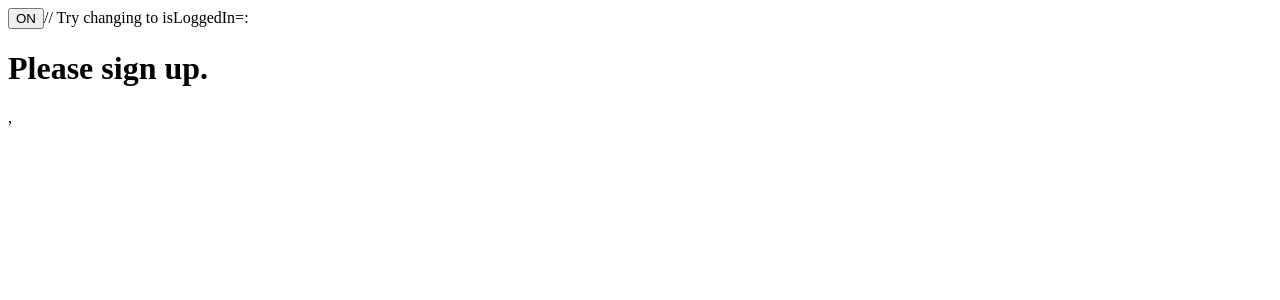
Repository: WanYouwen/react_study_code
Page: day01/01-基础/test.html
The author's editor kept a copy of each file at every save. The page is drawn from the files as they stood at one save, then again after the next save.
The browser window is 1280 px wide. The pictures show the whole page.

Above is the page before, as saved 2020-08-11 17:23:15.

### day01/01-基础/test.html
<!DOCTYPE html>
<html lang="en">
  <head>
    <meta charset="UTF-8" />
    <meta name="viewport" content="width=device-width, initial-scale=1.0" />
    <title>Document</title>
  </head>
  <body>
    <div id="app"></div>
  </body>
  <script src="../../base/react.min.js"></script>
  <script src="../../base/react-dom.min.js"></script>
  <script src="../../base//browser.min.js"></script>

  <script type="text/babel">
    class Toggle extends React.Component {
      constructor(props) {
        super(props);
        this.state = { isToggleOn: true };

        // 为了在回调中使用 `this`，这个绑定是必不可少的
        // this.handleClick = this.handleClick.bind(this);
      }

      handleClick() {
        this.setState((state) => ({
          isToggleOn: !state.isToggleOn,
        }));
      }

      render() {
        return (
          <div>
            <button onClick={() => this.handleClick()}>
              {/**
            箭头函数 或者 bind()
            */}
              {this.state.isToggleOn ? 'ON' : 'OFF'}
            </button>
            // Try changing to isLoggedIn={true}:
            <Greeting isLoggedIn={false} />,
          </div>
        );
      }
    }
    function UserGreeting(props) {
      return <h1>Welcome back!</h1>;
    }

    function GuestGreeting(props) {
      return <h1>Please sign up.</h1>;
    }

    function Greeting(props) {
      const isLoggedIn = props.isLoggedIn;
      if (isLoggedIn) {
        return <UserGreeting />;
      }
      return <GuestGreeting />;
    }
    console.log(ReactDOM, 'ReactDOM');
    ReactDOM.render(<Toggle />, app);
  </script>
</html>

Loaded but not shown: base/react.min.js (library); base/react-dom.min.js (library); base/browser.min.js (library)

After the next save:
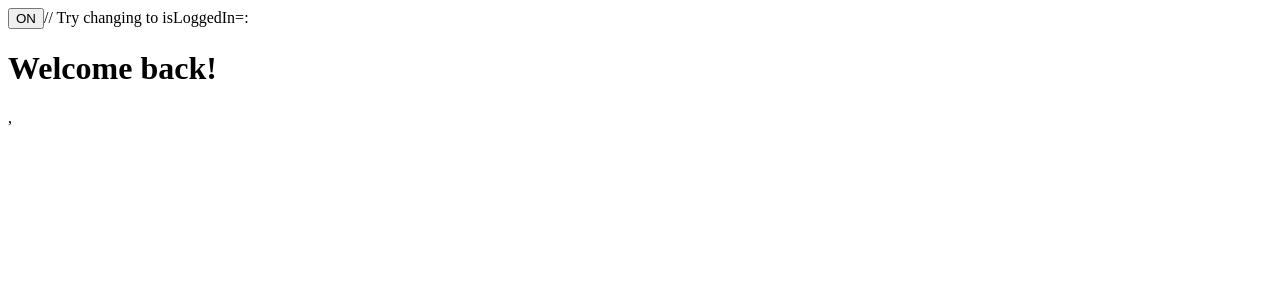
Saved 37 s later.
--- a/day01/01-基础/test.html
+++ b/day01/01-基础/test.html
@@ -38,7 +38,7 @@
               {this.state.isToggleOn ? 'ON' : 'OFF'}
             </button>
             // Try changing to isLoggedIn={true}:
-            <Greeting isLoggedIn={false} />,
+            <Greeting isLoggedIn={this.state.isToggleOn} />,
           </div>
         );
       }
@@ -58,6 +58,7 @@
       }
       return <GuestGreeting />;
     }
+
     console.log(ReactDOM, 'ReactDOM');
     ReactDOM.render(<Toggle />, app);
   </script>
